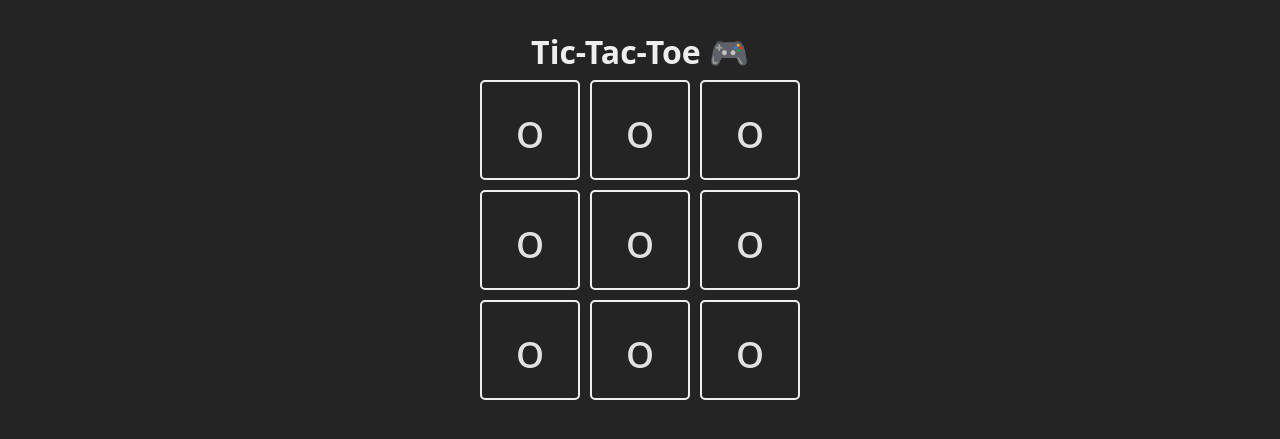
Repository: atzin-escandia/react-tic-tac-toe
Page: /
These files come from the project's save history. The page is drawn as it stood at one moment and after a run of saves; the edit follows.
The browser window is 1280 px wide. The pictures show the whole page.
The project was rebuilt for these pictures with package versions that can differ from the ones it lists, and the page was loaded fresh each time. Also part of the build but not shown: vite.config.js.

Above is the page before, as saved 2023-10-05 19:16:01.

### index.html
<!DOCTYPE html>
<html lang="en">
  <head>
    <meta charset="UTF-8" />
    <link rel="icon" type="image/svg+xml" href="/vite.svg" />
    <meta name="viewport" content="width=device-width, initial-scale=1.0" />
    <title>Tic-Tac-Toe React 🎮</title>
  </head>
  <body>
    <div id="root"></div>
    <script type="module" src="/src/main.jsx"></script>
  </body>
</html>

### src/App.jsx
import { useState } from "react";
import "./index.css";

const TURNS = {
  x: "x",
  o: "o",
};

const board = Array(9).fill("");

function App() {
  const [turn, setTurn] = useState(true);

  const SetPoint = (index) => {
    board[index] = turn ? "x" : "o";
    console.log(board[index]);

    setTurn(!turn);
  };

  const Square = ({ children, updateBoard, index }) => {
    return (
      <div onClick={() => SetPoint(index)} className="square">
        {"o"}
      </div>
    );
  };
  return (
    <main className="board">
      <h1>Tic-Tac-Toe 🎮</h1>
      <section className="game">
        {board.map((_, index) => {
          return <Square key={index} index={index}></Square>;
        })}
      </section>
    </main>
  );
}

export default App;

### src/index.css
:root {
  font-family: system-ui, -apple-system, BlinkMacSystemFont, "Segoe UI", Roboto,
    Oxygen, Ubuntu, Cantarell, "Open Sans", "Helvetica Neue", sans-serif;
  font-size: 16px;
  line-height: 24px;
  font-weight: 400;

  color-scheme: light dark;
  color: rgba(255, 255, 255, 0.87);
  background-color: #242424;

  font-synthesis: none;
  text-rendering: optimizeLegibility;
  -webkit-font-smoothing: antialiased;
  -moz-osx-font-smoothing: grayscale;
  -webkit-text-size-adjust: 100%;
}

body {
  margin: 0;
  display: flex;
  justify-content: center;
  min-width: 320px;
  min-height: 100vh;
}

* {
  padding: 0;
  margin: 0;
  box-sizing: border-box;
}

.board {
  width: fit-content;
  margin: 40px auto;
  text-align: center;
}

.board h1 {
  color: #eee;

  margin-bottom: 16px;
}

.board button {
  padding: 8px 12px;
  margin: 25px;
  background: transparent;
  border: 2px solid #eee;
  color: #eee;
  width: 100px;
  border-radius: 5px;
  transition: 0.2s;
  font-weight: bold;
  cursor: pointer;
}

.board button:hover {
  background: #eee;
  color: #222;
}

.board .game {
  display: grid;
  grid-template-columns: repeat(3, 1fr);
  gap: 10px;
}

.turn {
  display: flex;
  justify-content: center;
  margin: 15px auto;
  width: fit-content;
  position: relative;
  border-radius: 10px;
}

.turn .square,
.winner .square {
  width: 70px;
  height: 70px;
  pointer-events: none;
  border-color: transparent;
}

.square.is-selected {
  color: #fff;
  background: #09f;
}

.winner {
  position: absolute;
  width: 100vw;
  height: 100vh;
  top: 0;
  left: 0;
  display: grid;
  place-items: center;
  background-color: rgba(0, 0, 0, 0.7);
}

.winner .text {
  background: #111;
  height: 300px;
  width: 320px;
  border: 2px solid #eee;
  border-radius: 10px;
  display: flex;
  flex-direction: column;
  justify-content: center;
  align-items: center;
  gap: 20px;
}

.winner .win {
  margin: 0 auto;
  width: fit-content;
  border: 2px solid #eee;
  border-radius: 10px;
  display: flex;
  gap: 15px;
}

.square {
  width: 100px;
  height: 100px;
  border: 2px solid #eee;
  border-radius: 5px;
  display: grid;
  place-items: center;
  cursor: pointer;
  font-size: 48px;
}

Loaded but not shown: src/main.jsx (common file)

After the next 2 saves:
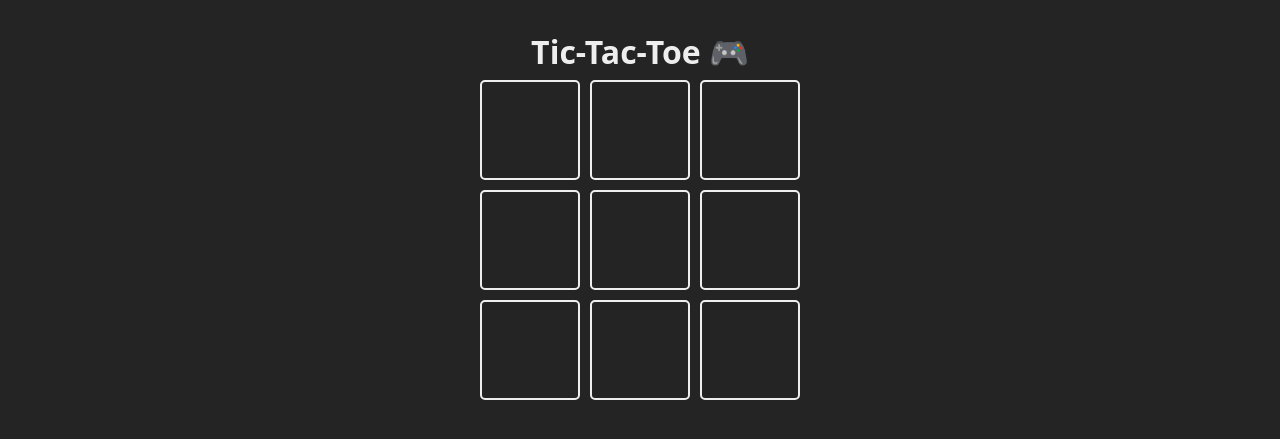
The 2 saves are shown as one change because 1 did not build or start.
The last was saved 18 s later.
--- a/src/App.jsx
+++ b/src/App.jsx
@@ -21,7 +21,7 @@
   const Square = ({ children, updateBoard, index }) => {
     return (
       <div onClick={() => SetPoint(index)} className="square">
-        {"o"}
+        {console.log(turn)}
       </div>
     );
   };
